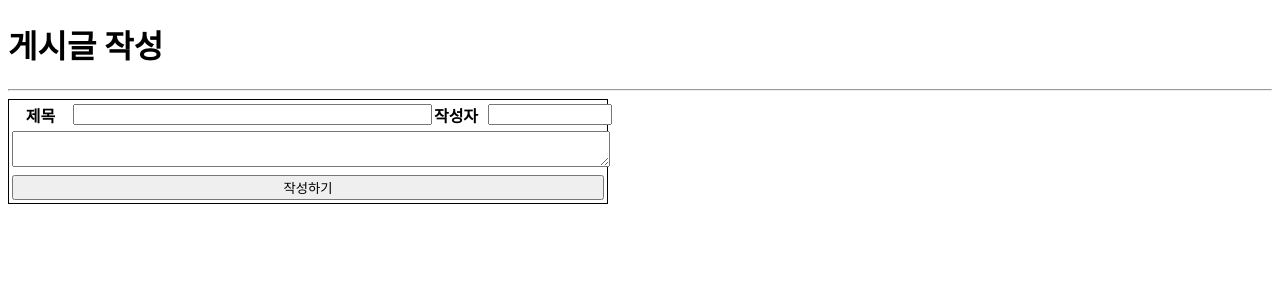
Repository: bbookk1104/spring-workspace
Page: http://localhost/02_SpringMVC_CRUD/boardWriteFrm.do
These files come from the project's save history. The page is drawn as it stood at one moment and after the next save; the edit follows.
The browser window is 1280 px wide. The pictures show the whole page.
The page is served by Tomcat 9. Other server files are loaded and not shown.

Above is the page before, as saved 2022-10-04 03:13:40.

### 02_SpringMVC_CRUD/src/main/webapp/WEB-INF/views/board/boardWriteFrm.jsp
<%@ page language="java" contentType="text/html; charset=UTF-8"
    pageEncoding="UTF-8"%>
<!DOCTYPE html>
<html>
<head>
<meta charset="UTF-8">
<title>Insert title here</title>
</head>
<body>
	<h1>게시글 작성</h1>
	<hr>
	<form action="/boardWrite.do" method="post">
		<table style="width:600px; border:1px solid #000; border-collapse: 0">
			<tr>
				<th style="width:10%">제목</th>
				<td style="width:60%">
					<input type="text" name="boardTitle" style="width:100%">
				</td>
				<th style="width:10%">작성자</th>
				<td style="width:20%">
					<input type="text" name="boardWriter" value="${memberId }" style="width:100%" readonly>
				</td>
			</tr>
			<tr>
				<td colspan="4">
					<textarea name="boardContent" style="width:100%"></textarea>
				</td>
			</tr>
			<tr>
				<td colspan="4">
					<input type="submit" value="작성하기" style="width:100%">
				</td>
			</tr>
		</table>
	</form>
</body>
</html>

After the next save:
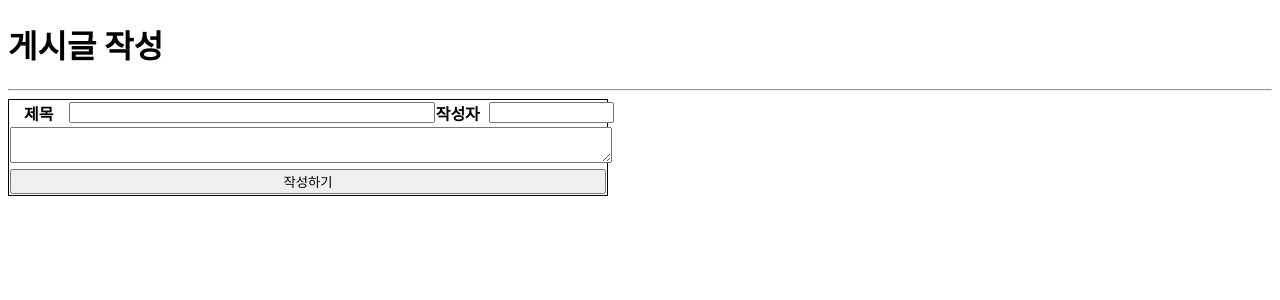
Saved 30 s later.
--- a/02_SpringMVC_CRUD/src/main/webapp/WEB-INF/views/board/boardWriteFrm.jsp
+++ b/02_SpringMVC_CRUD/src/main/webapp/WEB-INF/views/board/boardWriteFrm.jsp
@@ -10,7 +10,7 @@
 	<h1>게시글 작성</h1>
 	<hr>
 	<form action="/boardWrite.do" method="post">
-		<table style="width:600px; border:1px solid #000; border-collapse: 0">
+		<table style="width:600px; border:1px solid #000; border-collapse: collapse;">
 			<tr>
 				<th style="width:10%">제목</th>
 				<td style="width:60%">

After the save that followed:
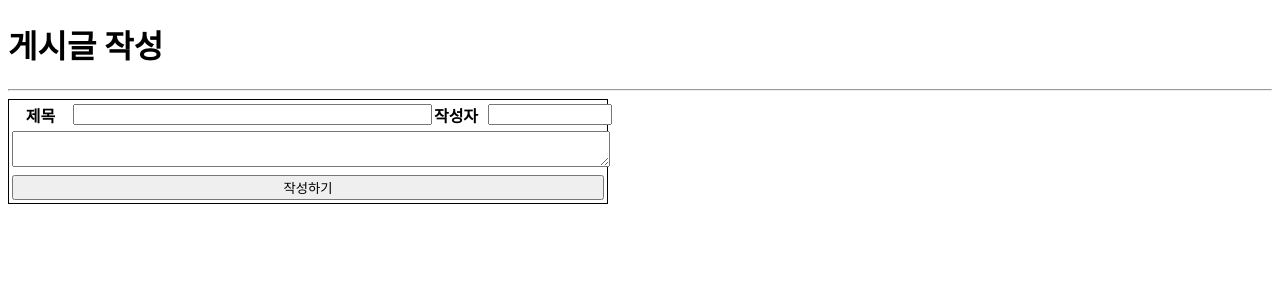
Saved 9 s later.
--- a/02_SpringMVC_CRUD/src/main/webapp/WEB-INF/views/board/boardWriteFrm.jsp
+++ b/02_SpringMVC_CRUD/src/main/webapp/WEB-INF/views/board/boardWriteFrm.jsp
@@ -10,7 +10,7 @@
 	<h1>게시글 작성</h1>
 	<hr>
 	<form action="/boardWrite.do" method="post">
-		<table style="width:600px; border:1px solid #000; border-collapse: collapse;">
+		<table style="width:600px; border:1px solid #000;">
 			<tr>
 				<th style="width:10%">제목</th>
 				<td style="width:60%">
